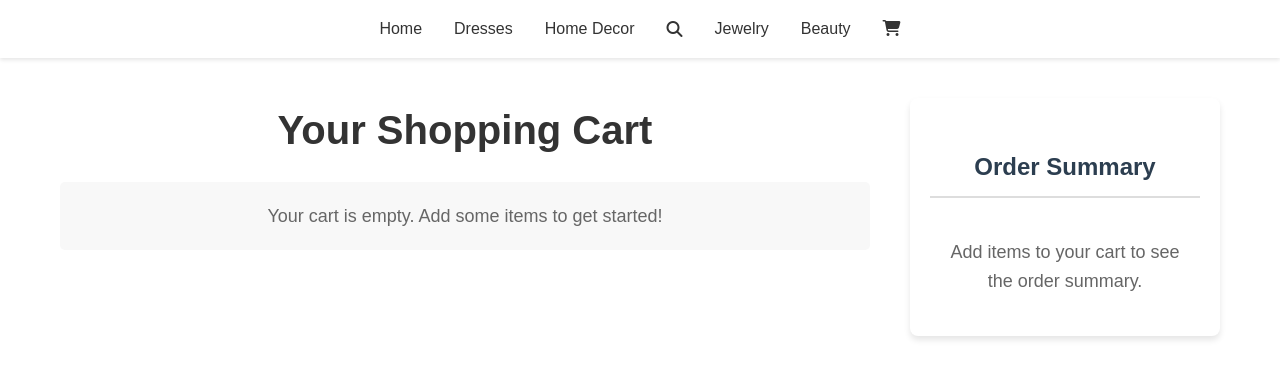
Repository: mrPractise/Elma-Shop
Page: http://localhost/cart/
An editor plug-in stored every save of this project. The page is shown before and after the next save, followed by the edit.
The browser window is 1280 px wide. The pictures show the whole page.
Some web fonts or font styles are not loaded; a fallback is used. The page is served by the project's application, run on Django 5.2 (manage.py). Queries for data that is not in the repository find no rows.

Above is the page before, as saved 2024-10-20 15:45:53.

After the next save:
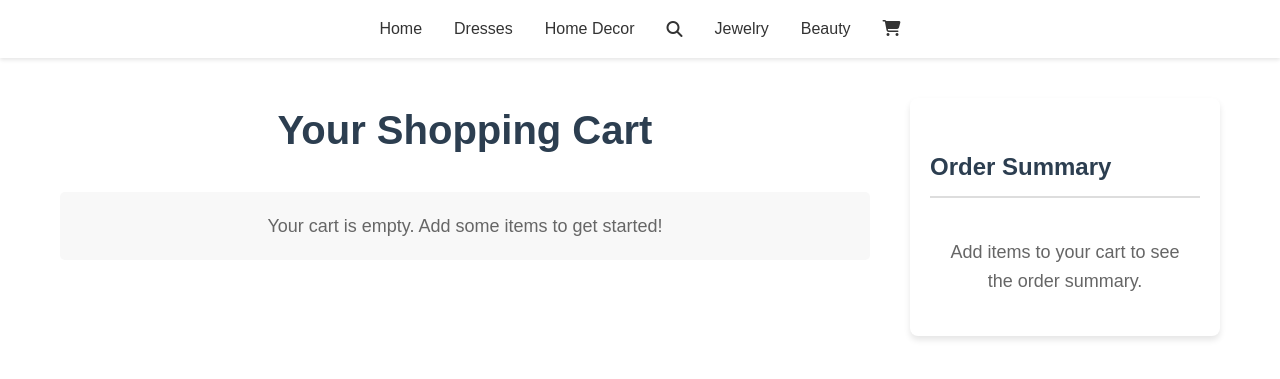
Saved 38 s later.
--- a/templates/cartpage.html
+++ b/templates/cartpage.html
@@ -5,7 +5,9 @@
     <meta charset="UTF-8" />
     <meta name="viewport" content="width=device-width, initial-scale=1.0" />
     <title>Your Cart</title>
-    <link rel="stylesheet" href="{% static 'css/styles.min.css' %}" />
+    <link rel="stylesheet" href="{% static 'css/cartpage.min.css' %}" />
+    <link rel="stylesheet" href="{% static 'css/checkoutbtns.min.css' %}" />
+
 
   </head>
   <body>
